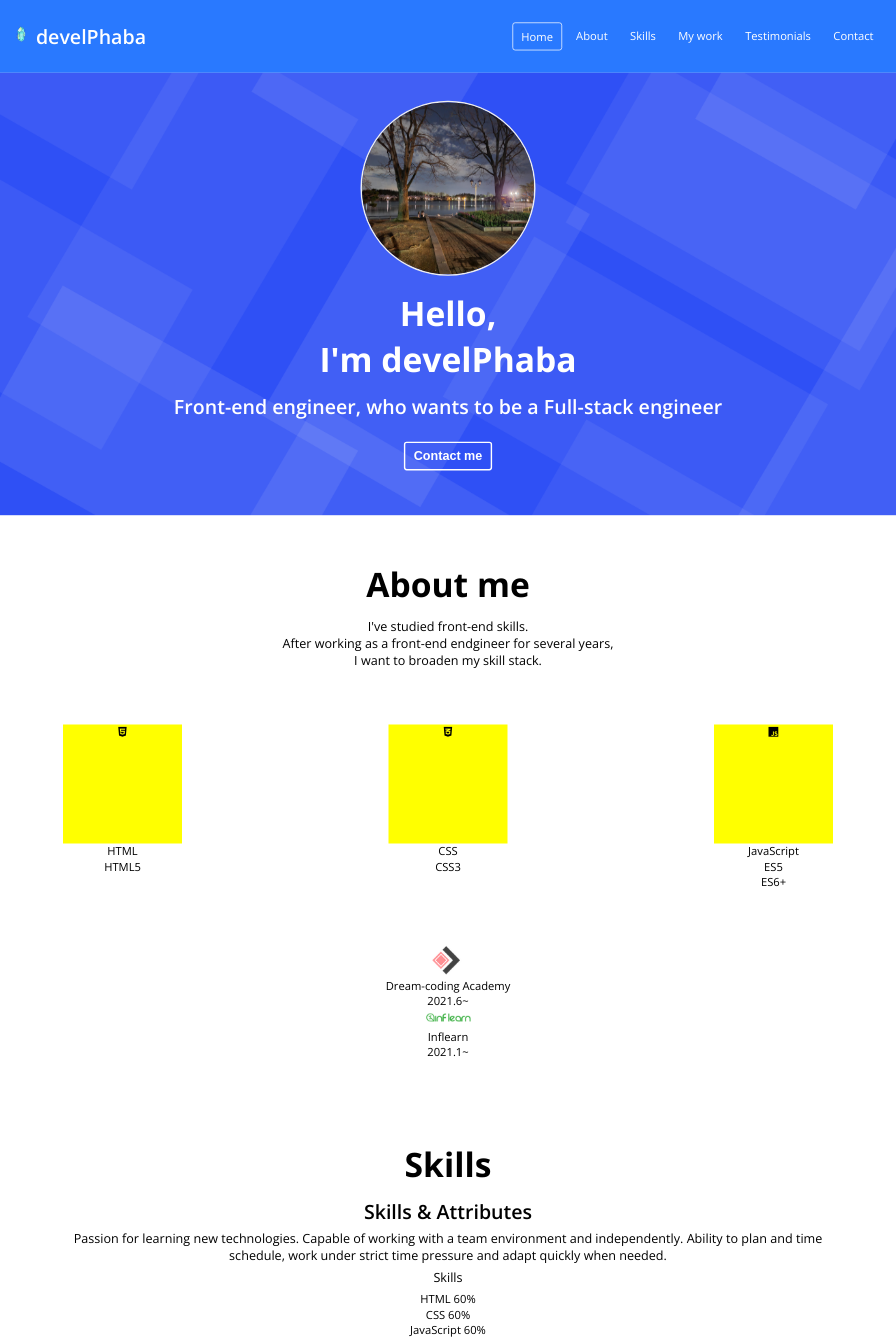
Repository: delphkim/portfolio
Page: index.html
The author's editor kept a copy of each file at every save. The page is drawn from the files as they stood at one save, then again after the next save.
The browser window is 1280 px wide. The pictures show the part of the page from y = 0 to 1920 px (the page is 6038 px tall), at 70% of full size.
Some web libraries are served in a nearby version.

Above is the page before, as saved 2021-08-03 19:59:28.

### index.html
<!DOCTYPE html>
<html lang="en">
  <head>
    <meta charset="UTF-8" />
    <meta http-equiv="X-UA-Compatible" content="IE=edge" />
    <meta name="viewport" content="width=device-width, initial-scale=1.0" />
    <title>DevelPhaba's Portfolio</title>
    <meta name="description" content="Portfolio for world-reknowned software engineer develPhaba"/>
    <meta name="author" content="develPhaba" />
    <link rel="icon" type="img/png" href="./imgs/favicon.png">
    <script src="https://kit.fontawesome.com/d2b892ca94.js" crossorigin="anonymous"></script>
    <link rel="preconnect" href="https://fonts.googleapis.com" />
    <link rel="preconnect" href="https://fonts.gstatic.com" crossorigin />
    <link href="https://fonts.googleapis.com/css2?family=Open+Sans:wght@400;600;700&display=swap" rel="stylesheet"/>
    <!-- CSS rules to specify families -->
    <!-- 1. font-family: 'Open Sans', sans-serif;  -->
    <link rel="stylesheet" href="./style.css">
    <script src="./main.js" defer></script>
  </head>
  <body>
    <!-- Navbar -->
    <nav id="navbar">
      <div class="navbar__logo">
        <img class="navbar__icon" src="./imgs/favicon.png" alt="logo">
        <a href="#">develPhaba</a>
      </div>

        <ul class="navbar__menu">
          <li class="navbar__menu__item active">Home</li>
          <li class="navbar__menu__item">About</li>
          <li class="navbar__menu__item">Skills</li>
          <li class="navbar__menu__item">My work</li>
          <li class="navbar__menu__item">Testimonials</li>
          <li class="navbar__menu__item">Contact</li>
        </ul>

    </nav>
    <!-- Home -->
    <section id="home">
      <img src="./imgs/home.jpg"
           alt="develPhabas' profile photo"
           class="home__avatar">
           <h1 class="home__title">Hello, <br>I'm develPhaba</br></h1>
           <h2 class="home__description">Front-end engineer, who wants to be a Full-stack engineer </h2>
           <button class="home__contact">Contact me</button>
    </section>
    <!-- About -->
    <section id="about" class="section">
      <h1>About me</h1>
      <p>I've studied front-end skills.
        <br>After working as a front-end endgineer for several years,
        <br>I want to broaden my skill stack.
      </p>
      <div class="about__majors">
        <div class="major">
          <div class="major__icon">
            <i class="fab fa-html5"></i>
          </div>
          <div class="major__title">HTML</div>
          <div class="major__description">HTML5</div>
        </div>
        <div class="major">
            <div class="major__icon">
              <i class="fab fa-css3-alt"></i>
            </div>
            <div class="major__title">CSS</div>
            <div class="major__description">CSS3</div>
        </div>
        <div class="major">
          <div class="major__icon">
            <i class="fab fa-js"></i>
          </div>
          <div class="major__title">JavaScript</div>
          <div class="major__description">ES5<br>ES6+</div>
        </div>
      </div>
      <div class="about__schools">
        <div class="school">
          <img src="./imgs/schools/dream-coding.png" alt="dream-coding" class="school__logo">
          <div class="school__title">Dream-coding Academy</div>
          <div class="school__years">2021.6~</div>
        </div>
        <div class="school">
          <img src="./imgs/schools/inflearn.png" alt="inflearn" class="school__logo">
          <div class="school__title">Inflearn</div>
          <div class="school__years">2021.1~</div>
        </div>
      </div>

    </section>
    <!-- Skills -->
    <section id="skills" class="section">
      <h1>Skills</h1>
      <h2>Skills & Attributes</h2>
      <p>
        Passion for learning new technologies. Capable of working with a team environment
        and independently. Ability to plan and time schedule, work under
        strict time pressure and adapt quickly when needed.
      </p>
      <div class="skillset">
        <div class="skillset__left">
          <h3 class="skillset__title">Skills</h3>
          <div class="skill">
            <div class="skill__description">
              <span>HTML</span>
              <span>60%</span>
            </div>
            <div class="skill__bar">
              <div class="skill__value"></div>
            </div>
          </div>
          <div class="skill">
            <div class="skill__description">
              <span>CSS</span>
              <span>60%</span>
            </div>
            <div class="skill__bar">
              <div class="skill__value"></div>
            </div>
          </div>
          <div class="skill">
            <div class="skill__description">
              <span>JavaScript</span>
              <span>60%</span>
            </div>
            <div class="skill__bar">
              <div class="skill__value"></div>
            </div>
          </div>
        </div>
        <div class="skillset__right">
          <div class="tools">
            <h3 class="skillset__title">tools</h3>
            <ul class="tools__list">
              <li><span>Visual Studio Code</span></li>
              <li><span>...</span></li>
              <li><span>...</span></li>
              <li><span>...</span></li>
              <li><span>...</span></li>
            </ul>
          </div>
          <div class="etc">
            <h3 class="skillset__title">etc</h3>
            <ul class="ect__list">
              <li><span>Git</span></li>
              <li><span>Github</span></li>
              <li><span>...</span></li>
            </ul>
          </div>


        </div>
      </div>
    </section>
    <!-- Work -->
    <section id="work" class="section">
      <h1>My work</h1>
      <h3>Projects</h3>
      <div class="work__categories">
        <button class="category__btn">All <span class="category__count">8</span></button>
        <button class="category__btn">Vanilla JS <span class="category__count">3</span></button>
        <button class="category__btn">React <span class="category__count">3</span></button>
        <button class="category__btn">Backend <span class="category__count">2</span></button>
      </div>
      <div class="work__projects">
        <a href="https://github.com/develPhaba/test"
           class="project"
           targe="blank">
           <img class="project__img" src="./imgs/projects/1.jpg" alt="one">
           <div class="project__description">
             <h3>first project</h3>
             <span>Clone coding with HTML and CSS</span>
           </div>
        </a>
        <a href="https://github.com/develPhaba/test"
           class="project"
           target="blank">
           <img class="project__img" src="./imgs/projects/2.jpg" alt="two">
           <div class="project__description">
            <h3>Second project</h3>
            <span>Clone coding with HTML, CSS and JavaScript</span>
          </div>
        </a>
        <a href="https://github.com/develPhaba/test"
           class="project"
           target="blank">
           <img class="project__img" src="./imgs/projects/3.jpg" alt="three">
           <div class="project__description">
            <h3>third project</h3>
            <span>Clone coding with HTML,CSS and JavaScript</span>
           </div>
        </a>
        <a href="https://github.com/develPhaba/test"
           class="project"
           target="blank">
          <img class="project__img" src="./imgs/projects/4.jpg" alt="four">
          <div class="project__description">
            <h3>fourth project</h3>
            <span>Clone coding,Front-end with React</span>
          </div>
        </a>
        <a href="https://github.com/develPhaba/test"
           class="project"
           target="blank">
          <img class="project__img" src="./imgs/projects/5.jpg" alt="five">
          <div class="project__description">
            <h3>fifth project</h3>
            <span>Clone coding,Front-end with React</span>
          </div>
        </a>
        <a href="https://github.com/develPhaba/test"
           class="project"
           target="blank">
          <img class="project__img" src="./imgs/projects/6.jpg" alt="six">
          <div class="project__description">
            <h3>sixth project</h3>
            <span>Clone coding,Front-end with React</span>
          </div>
        </a>
        <a href="https://github.com/develPhaba/test"
           class="project"
           target="blank">
           <img class="project__img" src="./imgs/projects/7.jpg" alt="seven">
           <div class="project__description">
            <h3>seventh project</h3>
            <span>Clone coding, Back-end with Node.js</span>
           </div>
        </a>
        <a href="https://github.com/develPhaba/test"
           class="project"
           target="blank">
           <img class="project__img" src="./imgs/projects/8.jpg" alt="eight">
           <div class="project__description">
            <h3>eighth project</h3>
            <span>Clone coding, Back-end with Node.js</span>
           </div>
        </a>
      </div>
    </section>
    <!-- Testimonials -->
    <section id="testimonials" class="section">
      <h1>Testimonials</h1>
      <h3>See what they say about me</h3>
      <div class="testimonials">
        <div class="testimonial">
          <img src="./imgs/testimonial/people1.jpg"
               alt="people"
               class="testimonial__avatar">
               <div class="testimonial__speech-bubble">
                 <p>Lorem ipsum dolor sit amet consectetur adipisicing elit. Magnam, vitae.
                   Dolores sit in amet quos. Alias maiores accusantium dolore error illo eligendi,
                   vel sint aperiam nemo soluta debitis deserunt voluptas.</p>
                   <p class="name"><a href="https://github.com/develPhaba/test">TestName</a>/Test company</p>
               </div>
        </div>
        <div class="testimonial">
          <img src="./imgs/testimonial/people2.jpg"
               alt="people"
               class="testimonial__avatar">
               <div class="testimonial__speech-bubble">
                <p>Lorem ipsum dolor sit amet consectetur adipisicing elit. Magnam, vitae.
                  Dolores sit in amet quos. Alias maiores accusantium dolore error illo eligendi,
                  vel sint aperiam nemo soluta debitis deserunt voluptas.</p>
                <p class="name"><a href="https://github.com/develPhaba/test">TestName2</a>/Test company2</p>
              </div>
        </div>
      </div>
    </section>
    <!-- Contact -->
    <section id="contact" class="section">
      <h1 class="contact__title">Let's talk</h1>
      <h2 class="contact__email">hgkim9201@gmail.com</h2>
      <div class="contact__links">
      <a href="https://github.com/develPhaba">
        <i class="fa fa-github"></i>
      </a>
      <a href="">
      <i class="fa fa-linkedin-square"></i>
      </a>
      </div>
      <p class="contact__rights">Dreaming-coding Ellie -All rights reserved</p>
    </section>
  </body>
</html>

### style.css
:root {
  /* Color */
  --color-white: #ffffff;
  --color-light-white: #eeeeee;
  --color-dark-white: #bdbdbd;
  --color-pink: #fe918d;
  --color-dark-pink: #ff6863;
  --color-black: #4d4d4d;
  --color-dark-grey: #4d4d4d;
  --color-grey: #616161;
  --color-blue: #73aace;
  --color-yellow: #fff7d1;
  --color-orange: #feb546;
  --color-black: #000000;
  --color-green: #80deea;
  --color-sky-blue: #2979ff;
  --color-dark-blue: rgb(31, 94, 204);
  /* Font size */
  --font-large: 48px;
  --font-medium: 28px;
  --font-regular: 18px;
  --font-small: 16px;
  --font-micro: 14px;
  /* Font weight */
  --weight-bold: 700;
  --weight-semi-bold: 600;
  --weight-regular: 400;
  /* Size */
  --size-border-radius: 4px;
}
/* Universal tags */
* {
  box-sizing: border-box;
}
body {
  font-family: "Open Sans", sans-serif;
  margin: 0;
  cursor: default;
}
a {
  text-decoration: none;
  color: var(--color-white);
}
ul {
  list-style: none;
  padding-left: 0;
}
h1 {
  font-size: var(--font-large);
  font-weight: var(--weight-bold);
  color: var(--color-black);
  margin: 16px 0;
}
h2 {
  font-size: var(--font-medium);
  font-weight: var(--weight-semi-bold);
  color: var(--color-black);
  margin: 8px 0;
}
h3 {
  font-size: var(--font-regular);
  font-weight: var(--weight-regular);
  color: var(--color-black);
  margin: 8px 0;
}
p {
  font-size: var(--font-regular);
  font-weight: var(--weight-regular);
  color: var(--color-black);
  margin: 4px 0;
}
button {
  background-color: transparent;
  cursor: pointer;
  border: none;
  outline: none;
}
/* Navbar */
#navbar {
  display: flex;
  justify-content: space-between;
  background-color: var(--color-sky-blue);
  align-items: center;
  color: var(--color-white);
  padding: 16px;
}
.navbar__logo {
  font-size: var(--font-medium);
  font-weight: var(--weight-semi-bold);
}
.navbar__icon {
  width: var(--font-medium);
  height: var(--font-medium);
}
.navbar__menu {
  display: flex;
}
.navbar__menu__item {
  padding: 8px 12px;
  margin: 0 4px;
  cursor: pointer;
  border-radius: var(--size-border-radius);
}
.navbar__menu__item:hover {
  background-color: var(--color-dark-blue);
}
.navbar__menu__item.active {
  border: 1px solid var(--color-white);
}
/*Home*/
#home {
  background: url(./imgs/homepage-background.png) center/cover no-repeat;
  padding: 40px;
  text-align: center;
}
.home__avatar {
  width: 250px;
  height: 250px;
  border-radius: 50%;
  border: 2px solid var(--color-light-white);
}
.home__title,
.home__description {
  color: var(--color-white);
}
.home__contact {
  color: var(--color-white);
  font-size: var(--font-regular);
  font-weight: var(--weight-bold);
  margin: 24px;
  padding: 8px 12px;
  border: 2px solid var(--color-white);
  border-radius: var(--size-border-radius);
}
/* Section common */
.section {
  text-align: center;
  padding: 50px;
  max-width: 1200px;
  margin: auto;
}
/* About me */
.about__majors {
  display: flex;
  justify-content: space-between;
  margin: 80px 0;
}
.major__icon {
  width: 170px;
  height: 170px;
  background-color: yellow;
}

Loaded but not shown: main.js (no stored copy; drawn as an empty file)

After the next save:
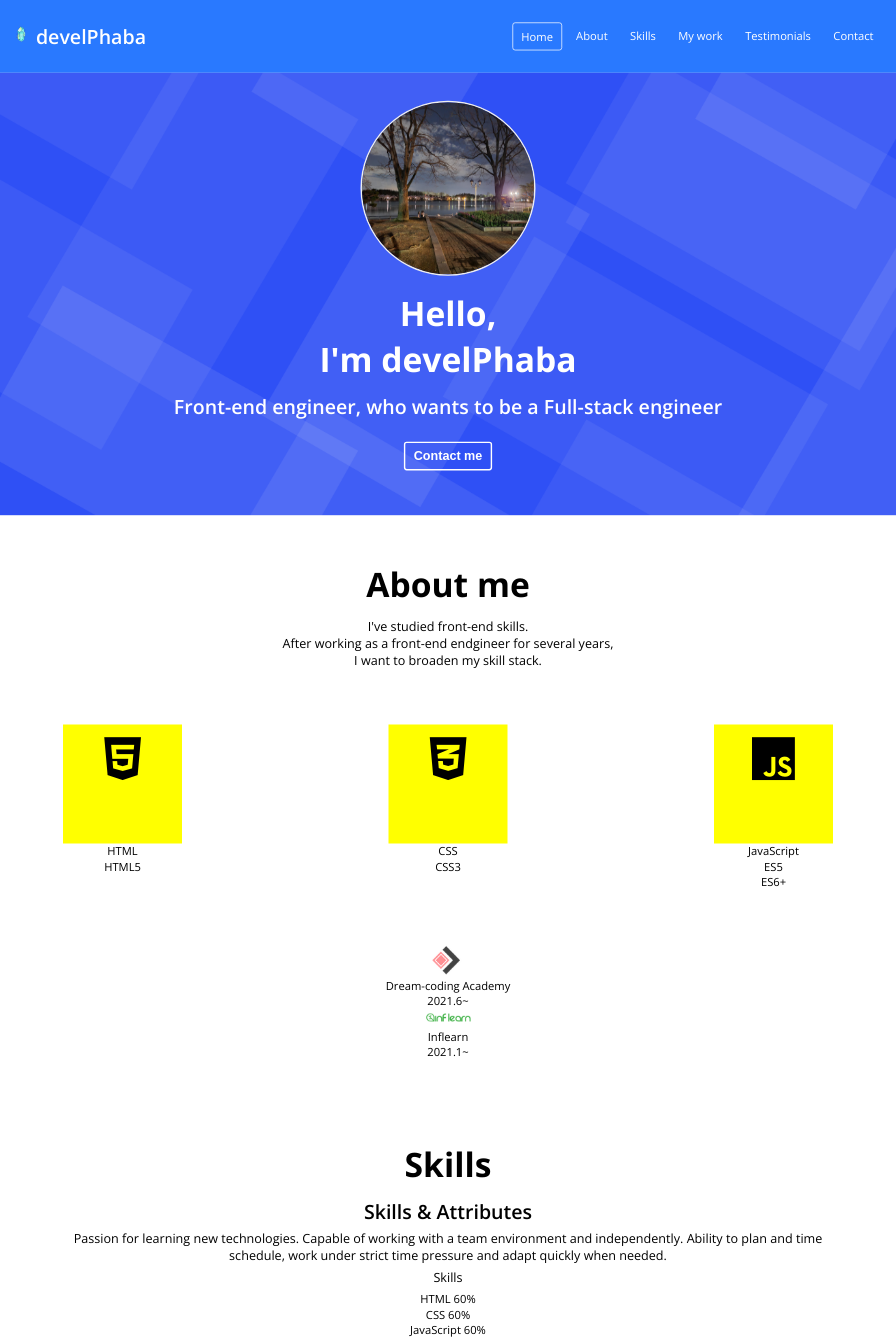
Saved 107 s later.
--- a/style.css
+++ b/style.css
@@ -146,6 +146,7 @@
   margin: 80px 0;
 }
 .major__icon {
+  font-size: 70px;
   width: 170px;
   height: 170px;
   background-color: yellow;
